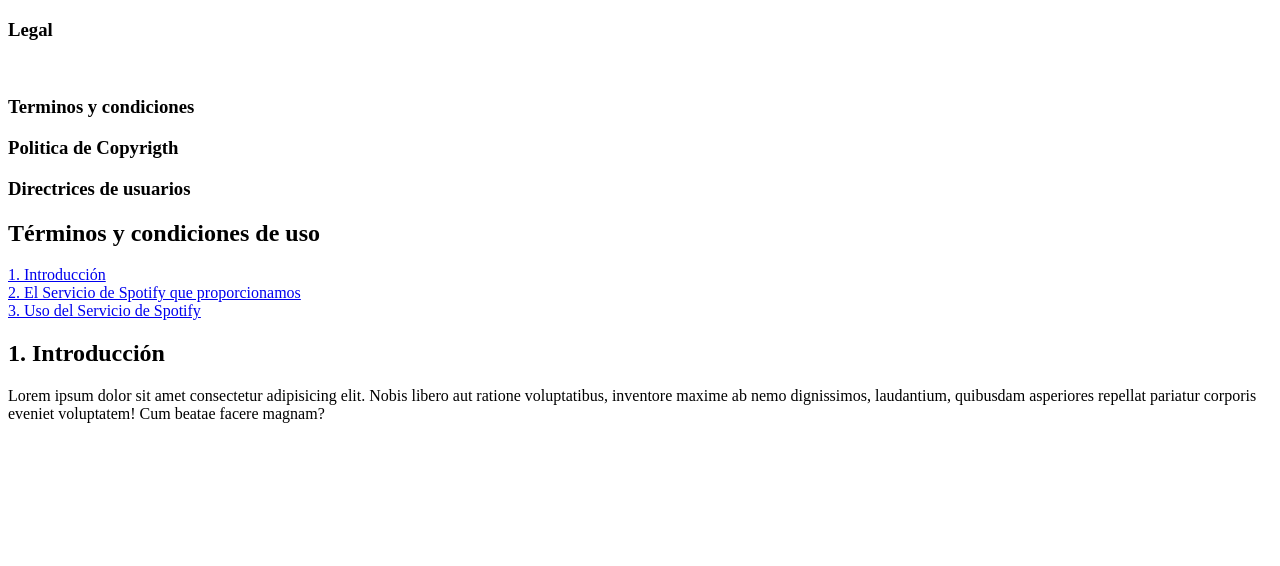
Repository: Devbenitez/Gen_30
Page: Gen_30/Maquetado/practicas/index.html
The author's editor kept a copy of each file at every save. The page is drawn from the files as they stood at one save, then again after the next save.
The browser window is 1280 px wide. The pictures show the whole page.

Above is the page before, as saved 2023-11-07 23:04:13.

### Gen_30/Maquetado/practicas/index.html
<!DOCTYPE html>
<html lang="es">
    <meta charset="UTF-8" />
    <meta name="descripción" content="=practica1"/>
    <meta name="author" content="danielbenitez" />
<head>
<title>Practica spotify</title>
</head>
<body>
<section>
<h3><b>Legal</b></h3><br />
<h3>Terminos y condiciones</h3>
<h3>Politica de Copyrigth</h3>
<h3>Directrices de usuarios</h3>
</section>
<section>
    <h1>Términos y condiciones de uso</h1>
</section>
<section>
    <a href="#1. Introducción">1. Introducción</a><br />
    <a href="#2. El Servicio de Spotify que proporcionamos">2. El Servicio de Spotify que proporcionamos</a><br />
    <a href="#3. Uso del Servicio de Spotify">3. Uso del Servicio de Spotify</a><br />
</section>
<section>
    <h1>1. Introducción</h1>
    <p>
        Lorem ipsum dolor sit amet consectetur adipisicing elit. Nobis libero aut ratione voluptatibus, inventore maxime ab nemo dignissimos, laudantium, quibusdam asperiores repellat pariatur corporis eveniet voluptatem! Cum beatae facere magnam?
    </p>
</section>


</body>
</html>

After the next save:
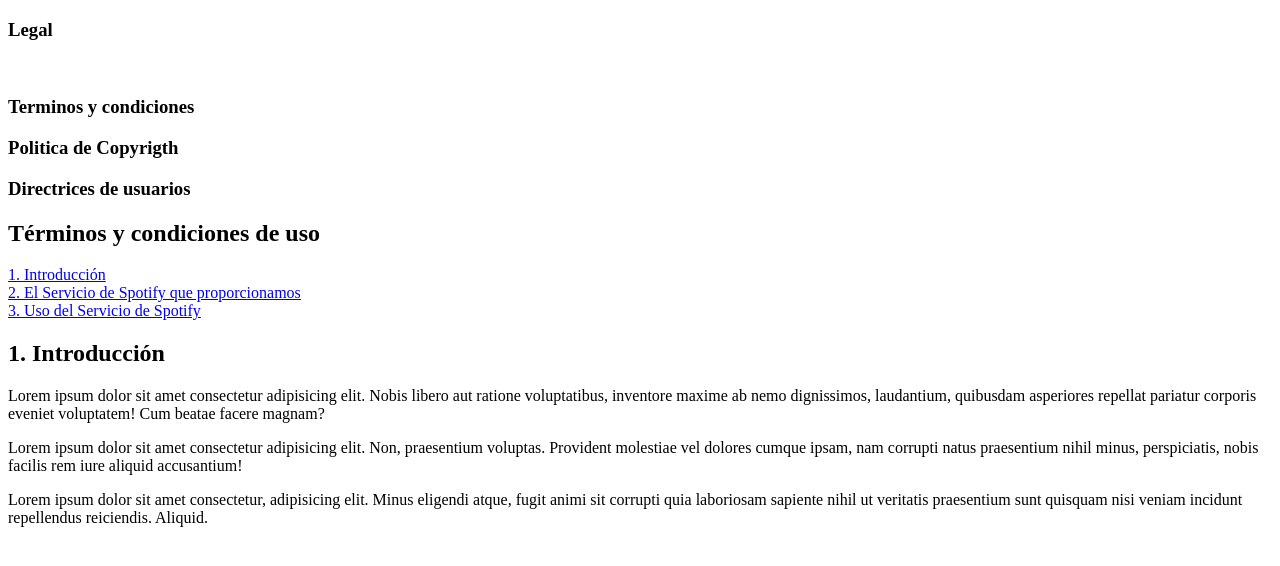
Saved 56 s later.
--- a/Gen_30/Maquetado/practicas/index.html
+++ b/Gen_30/Maquetado/practicas/index.html
@@ -26,6 +26,12 @@
     <p>
         Lorem ipsum dolor sit amet consectetur adipisicing elit. Nobis libero aut ratione voluptatibus, inventore maxime ab nemo dignissimos, laudantium, quibusdam asperiores repellat pariatur corporis eveniet voluptatem! Cum beatae facere magnam?
     </p>
+    <p>
+        Lorem ipsum dolor sit amet consectetur adipisicing elit. Non, praesentium voluptas. Provident molestiae vel dolores cumque ipsam, nam corrupti natus praesentium nihil minus, perspiciatis, nobis facilis rem iure aliquid accusantium!
+    </p>
+    <p>
+        Lorem ipsum dolor sit amet consectetur, adipisicing elit. Minus eligendi atque, fugit animi sit corrupti quia laboriosam sapiente nihil ut veritatis praesentium sunt quisquam nisi veniam incidunt repellendus reiciendis. Aliquid.
+    </p>
 </section>
 
 
